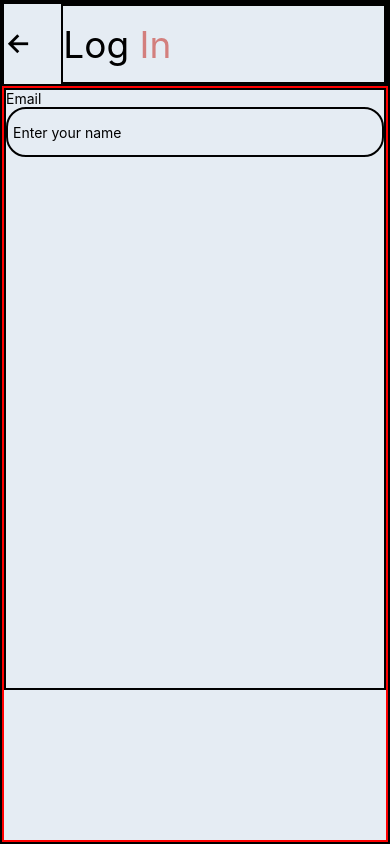
Repository: kgayathridevi/pregband
Screen: /
The author's editor kept a copy of each file at every save. The screen is drawn from the files as they stood at one save, then again after the next save.
The app was drawn by React Native's web renderer in a window 390 px wide. The project was rebuilt for these pictures with package versions that can differ from the ones it lists, and the page was loaded fresh each time. Also part of the build but not shown: component/SignUpScreen.jsx, component/Home.jsx.

Above is the screen before, as saved 2023-04-28 15:08:07.

### App.js
import { NavigationContainer } from "@react-navigation/native";
import { createNativeStackNavigator } from "@react-navigation/native-stack";
import { StatusBar } from "expo-status-bar";
import { StyleSheet, Text, View } from "react-native";
import SignUpScreen from "./component/SignUpScreen";
import LogInScreen from "./component/LogInScreen";
import Home from "./component/Home";

const Stack = createNativeStackNavigator();
export default function App() {
  return (
    <NavigationContainer>
      <Stack.Navigator initialRouteName="Log">
        <Stack.Screen
          options={{ headerShown: false }}
          name="Log"
          component={LogInScreen}
        />
        <Stack.Screen name="Sign" component={SignUpScreen} />
        <Stack.Screen name="Home" component={Home} />
      </Stack.Navigator>
    </NavigationContainer>
  );
}

const styles = StyleSheet.create({
  // container: {
  //   flex: 1,
  //   backgroundColor: '#fff',
  //   alignItems: 'center',
  //   justifyContent: 'center',
  // },
});

### component/LogInScreen.jsx
import {
  Button,
  StyleSheet,
  Text,
  TextInput,
  TouchableOpacity,
  View,
} from "react-native";
import React from "react";
import { SafeAreaView } from "react-native-safe-area-context";
import Ionicons from "@expo/vector-icons/Ionicons";

const LogInScreen = ({ navigation }) => {
  return (
    <SafeAreaView style={styles.container}>
      <View style={styles.headerContainer}>
        <View style={styles.btnCont}>
          {/* <Text>back</Text> */}
          <Ionicons name="arrow-back" color="black" size={30} />
        </View>
        <View style={styles.titleContain}>
          <Text style={styles.textC}>Log</Text>
          <Text style={[styles.textC, styles.textC2]}> In</Text>
        </View>
      </View>
      <View style={styles.mainContainer}>
        <View style={styles.inputContainer}>
          <Text>Email</Text>
          <TextInput style={styles.textInp} placeholder="Enter your name" />
        </View>
        <View></View>
      </View>
    </SafeAreaView>
  );
};

export default LogInScreen;

const styles = StyleSheet.create({
  container: {
    borderWidth: 2,
    height: "100%",
    backgroundColor: "#E5ECF3",
  },
  headerContainer: {
    borderWidth: 2,
    height: "10%",
    flexDirection: "row",
    justifyContent: "space-between",
  },
  titleContain: {
    borderWidth: 2,
    flexDirection: "row",
    width: "85%",
    alignItems: "center",
  },
  btnCont: {
    justifyContent: "center",
    // borderWidth: 2,
  },
  textC: {
    fontSize: 37,
  },
  textC2: {
    color: "#D37F7D",
  },

  mainContainer: {
    borderWidth: 2,
    height: "90%",
    borderColor: "red",
  },
  inputContainer: {
    borderWidth: 2,
    height: "80%",
  },
  textInp: {
    borderWidth: 2,
    borderRadius: 20,
    height: 50,
    paddingHorizontal: 5,
  },
});

After the next save:
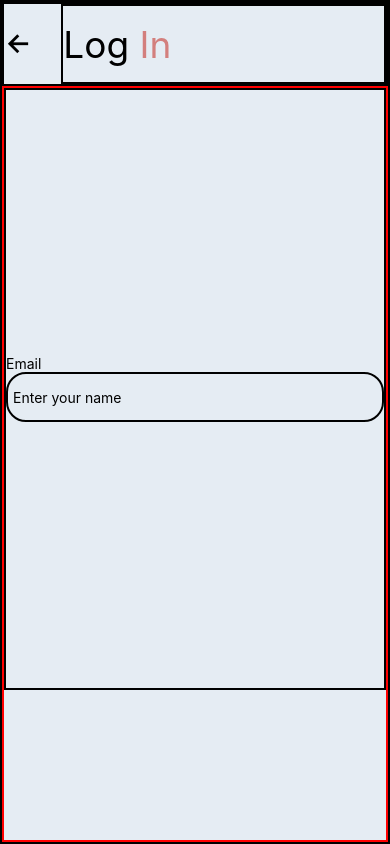
Saved 56 s later.
--- a/component/LogInScreen.jsx
+++ b/component/LogInScreen.jsx
@@ -73,6 +73,7 @@ const styles = StyleSheet.create({
   inputContainer: {
     borderWidth: 2,
     height: "80%",
+    justifyContent: "center",
   },
   textInp: {
     borderWidth: 2,
